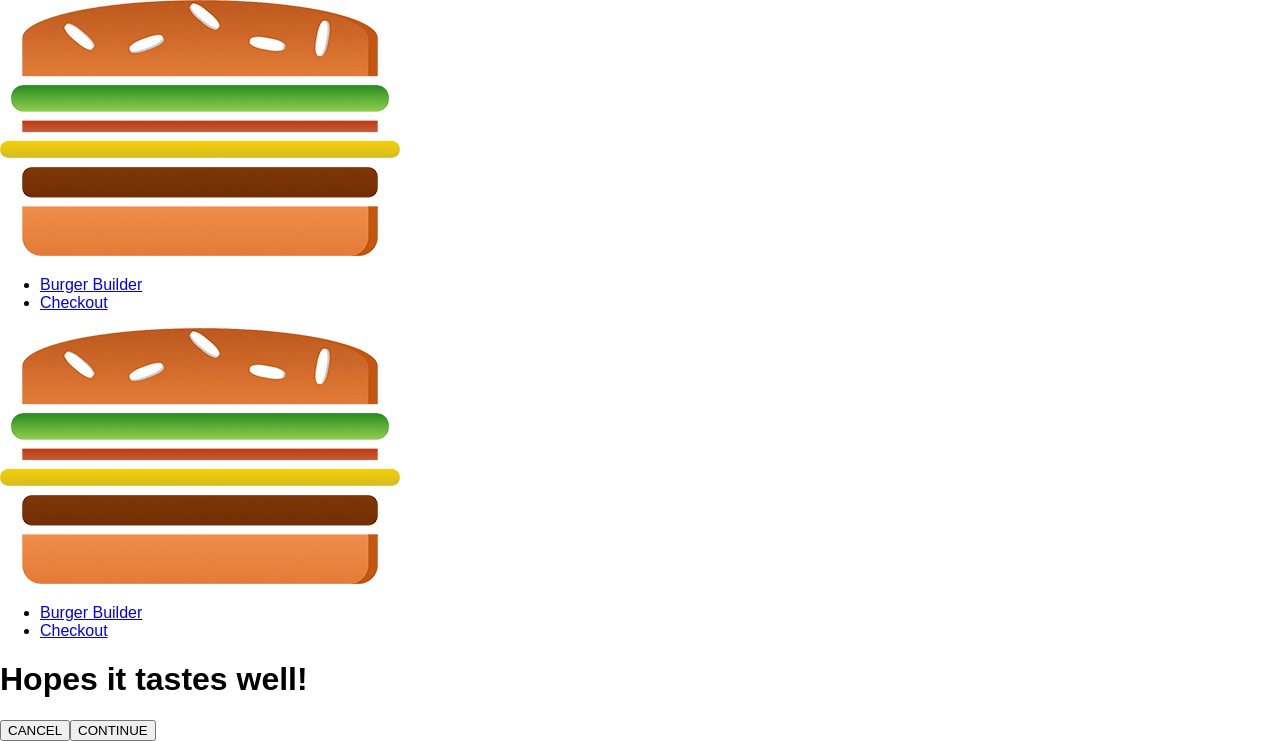
Repository: nidhi-abrol-sethi/react-burger-builder
Page: /checkout
The author's editor kept a copy of each file at every save. The page is drawn from the files as they stood at one save, then again after the next save.
The browser window is 1280 px wide. The pictures show the whole page.
The project was rebuilt for these pictures with package versions that can differ from the ones it lists, and the page was loaded fresh each time. Also part of the build but not shown: src/hoc/Layout/Layout.css, src/components/Navigation/Toolbar/Toolbar.css, src/components/Logo/Logo.css, src/components/Navigation/NavigationItems/NavigationItems.css, src/components/Navigation/NavigationItem/NavigationItem.css, src/components/Navigation/SideDrawer/DrawerToggle/DrawerToggle.css, src/components/UI/Backdrop/Backdrop.css, src/components/Navigation/SideDrawer/SideDrawer.css and 16 more.

Above is the page before, as saved 2020-05-25 09:02:47.

After the next save:
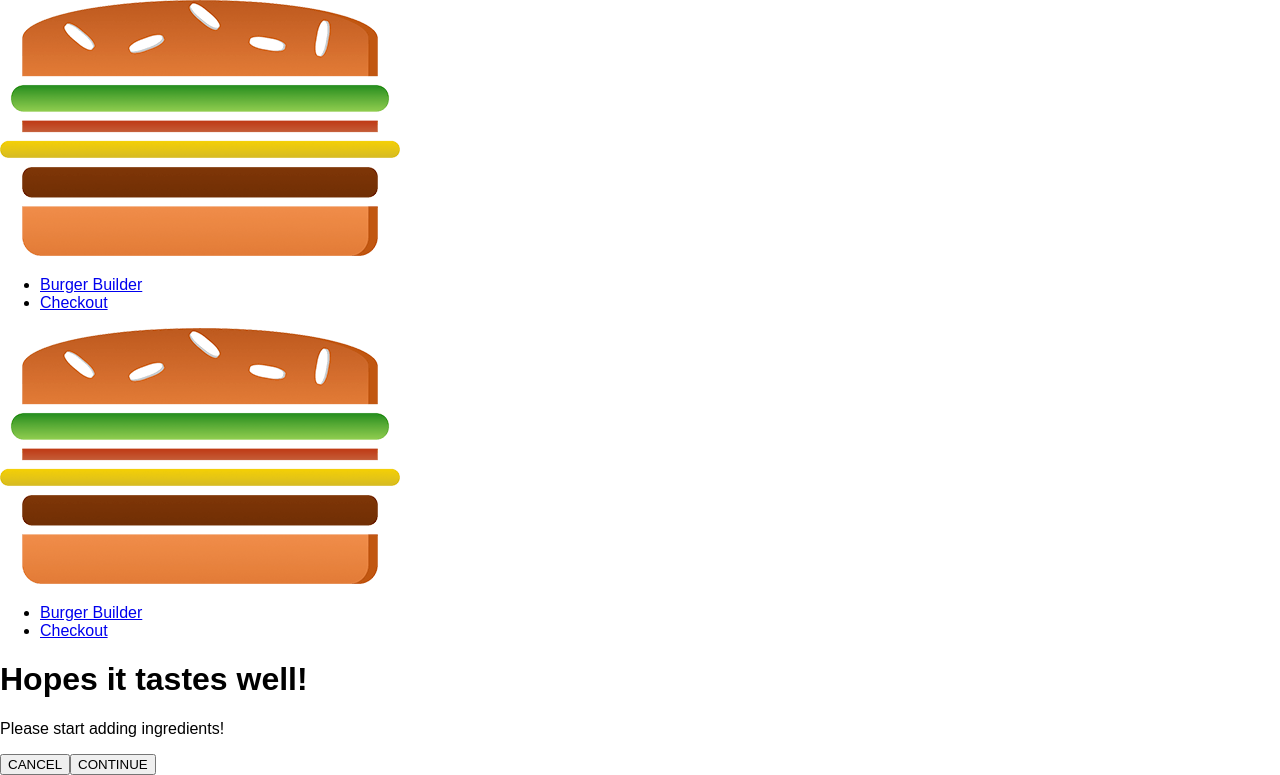
Saved 2 min 1 s later.
--- a/src/containers/Checkout/Checkout.js
+++ b/src/containers/Checkout/Checkout.js
@@ -17,6 +17,7 @@ class Checkout extends Component {
       //['salad','1']
       ingredients[param[0]] = +param[1];
     }
+    this.setState({ ingredients: ingredients });
   }
   checkoutCancelledHandler = () => {
     this.props.history.goBack();
